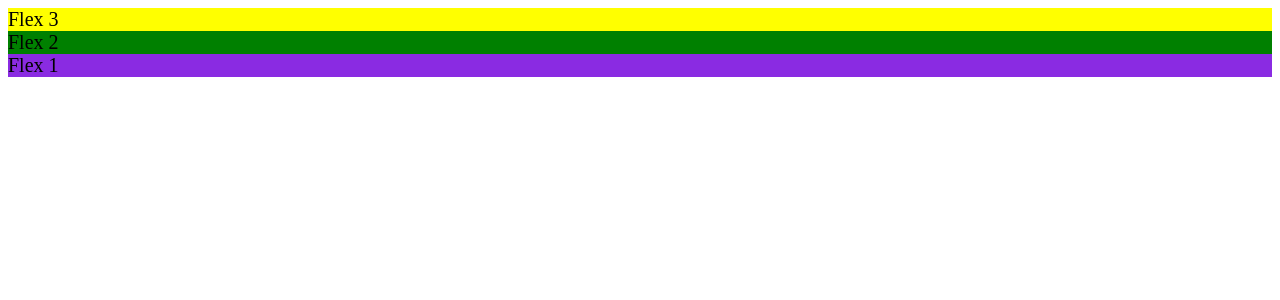
Repository: Kubraaygun/Html_Css_Login
Page: index.html
The author's editor kept a copy of each file at every save. The page is drawn from the files as they stood at one save, then again after the next save.
The browser window is 1280 px wide. The pictures show the whole page.

Above is the page before, as saved 2025-03-05 17:23:26.

After the next save:
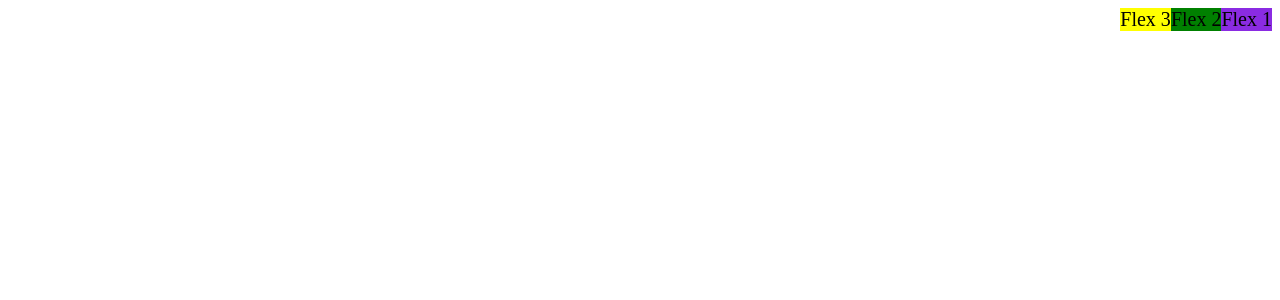
Saved 7 s later.
--- a/index.html
+++ b/index.html
@@ -8,7 +8,7 @@
   </head>
 
   <body>
-    <div style="display: flex; flex-direction: column-reverse">
+    <div style="display: flex; flex-direction: row-reverse">
       <div style="background-color: blueviolet">Flex 1</div>
       <div style="background-color: green">Flex 2</div>
       <div style="background-color: yellow">Flex 3</div>
